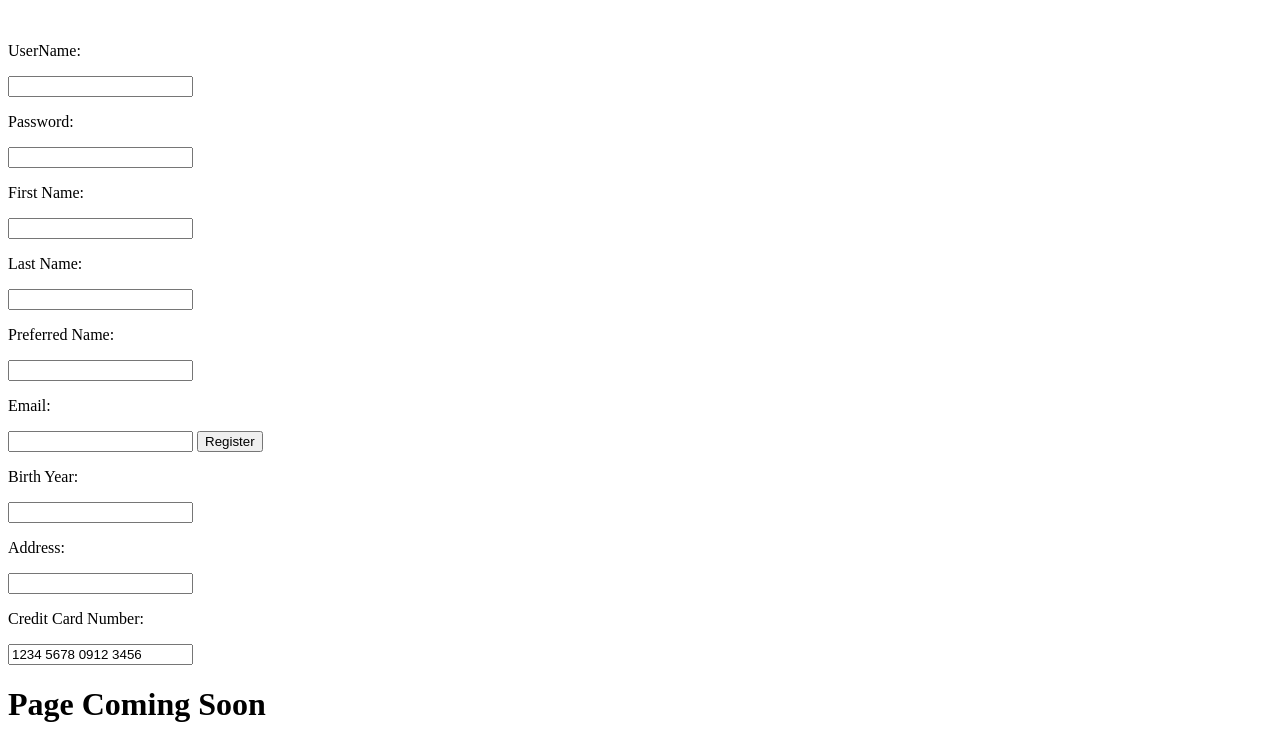
Repository: Hamzamshoaib/us2
Page: http://localhost/te_assignment_2/register.jsp
An editor plug-in stored every save of this project. The page is shown before and after the next save, followed by the edit.
The browser window is 1280 px wide. The pictures show the whole page.
The page is served by Tomcat 9. Queries for data that is not in the repository find no rows.

Above is the page before, as saved 2015-05-09 12:20:01.

After the next save:
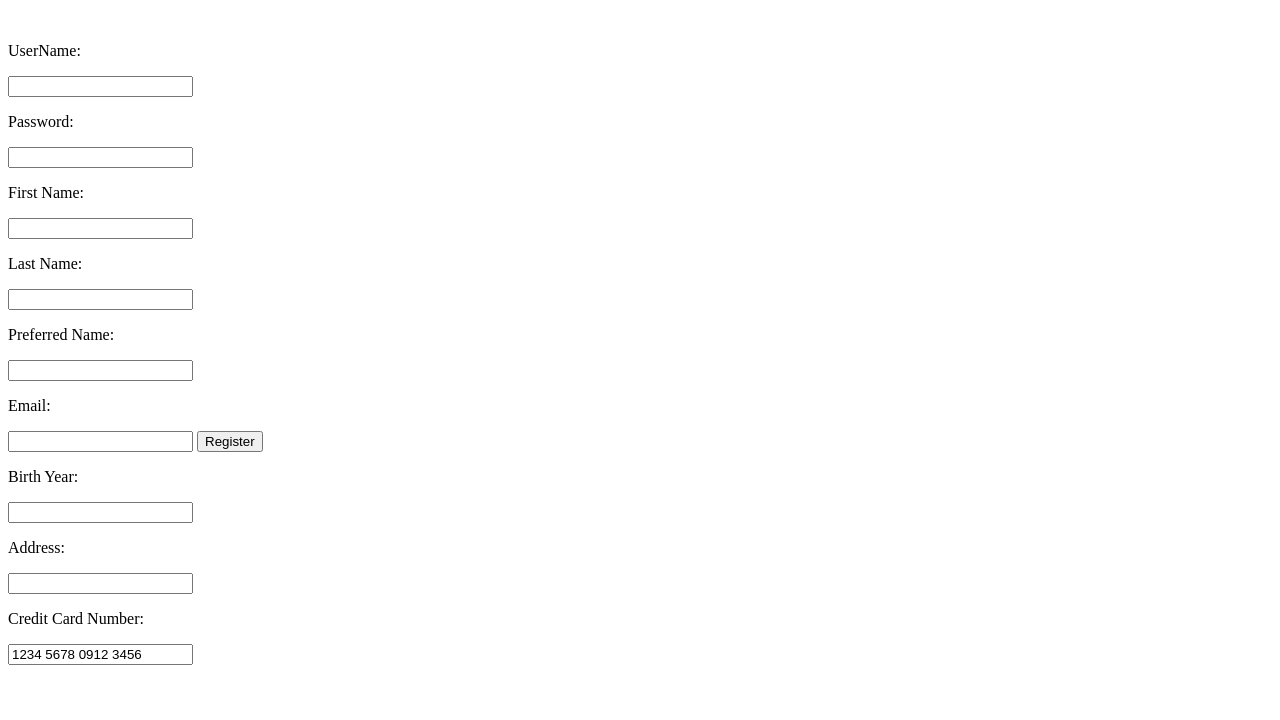
Saved 40 s later.
--- a/te_assignment_2/WebContent/register.jsp
+++ b/te_assignment_2/WebContent/register.jsp
@@ -37,6 +37,5 @@
 <p>Credit Card Number: </p>
 <INPUT type="text" name="creditcard" value="1234 5678 0912 3456">
 </FORM>
-<h1>Page Coming Soon</h1>
 </body>
 </html>
